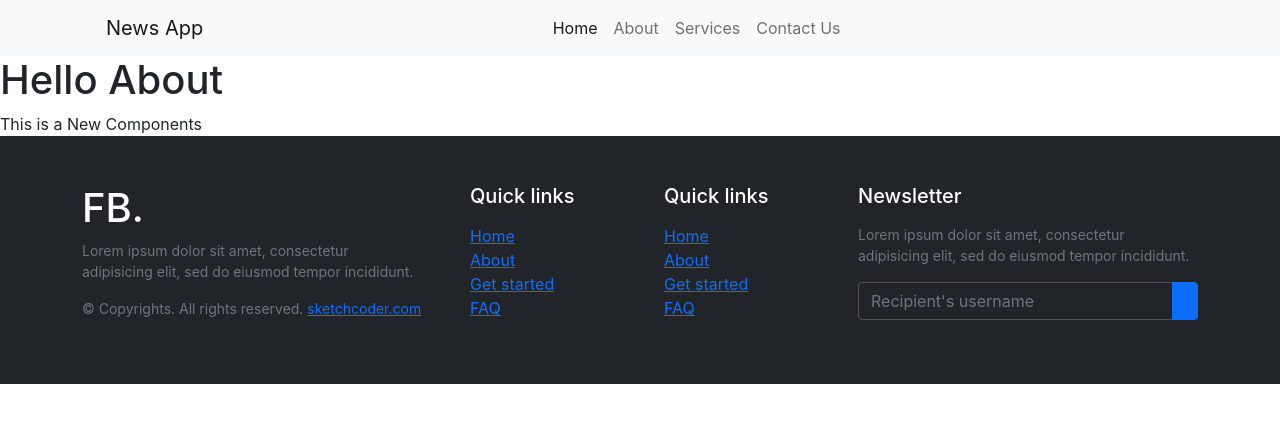
Repository: ZainAkbar51214/News-Site
Page: /about
These files come from the project's save history. The page is drawn as it stood at one moment and after the next save; the edit follows.
The browser window is 1280 px wide. The pictures show the whole page.
The project was rebuilt for these pictures with package versions that can differ from the ones it lists, and the page was loaded fresh each time. A package was used in the major version that the imports need, not the one package.json lists. Also part of the build but not shown: src/Components/pages/Home.jsx.

Above is the page before, as saved 2023-12-16 00:59:42.

After the next save:
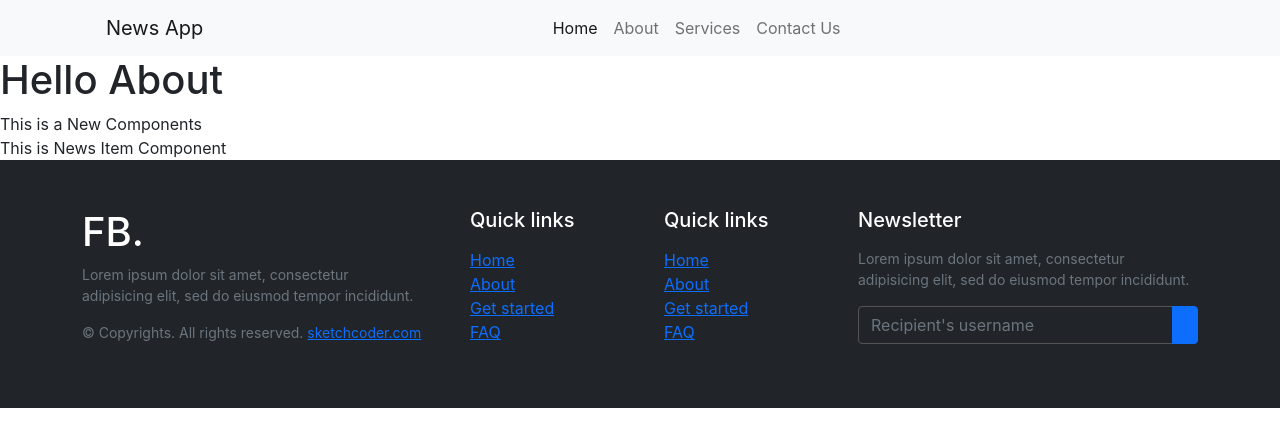
Saved 70 s later.
--- a/src/Components/Layouts/News.js
+++ b/src/Components/Layouts/News.js
@@ -1,10 +1,12 @@
 import React, { Component } from 'react';
+import NewsItem from './NewsItem';
 
 class News extends Component {
     render() {
         return (
             <div>
                 This is a New Components
+                <NewsItem />
             </div>
         );
     }
